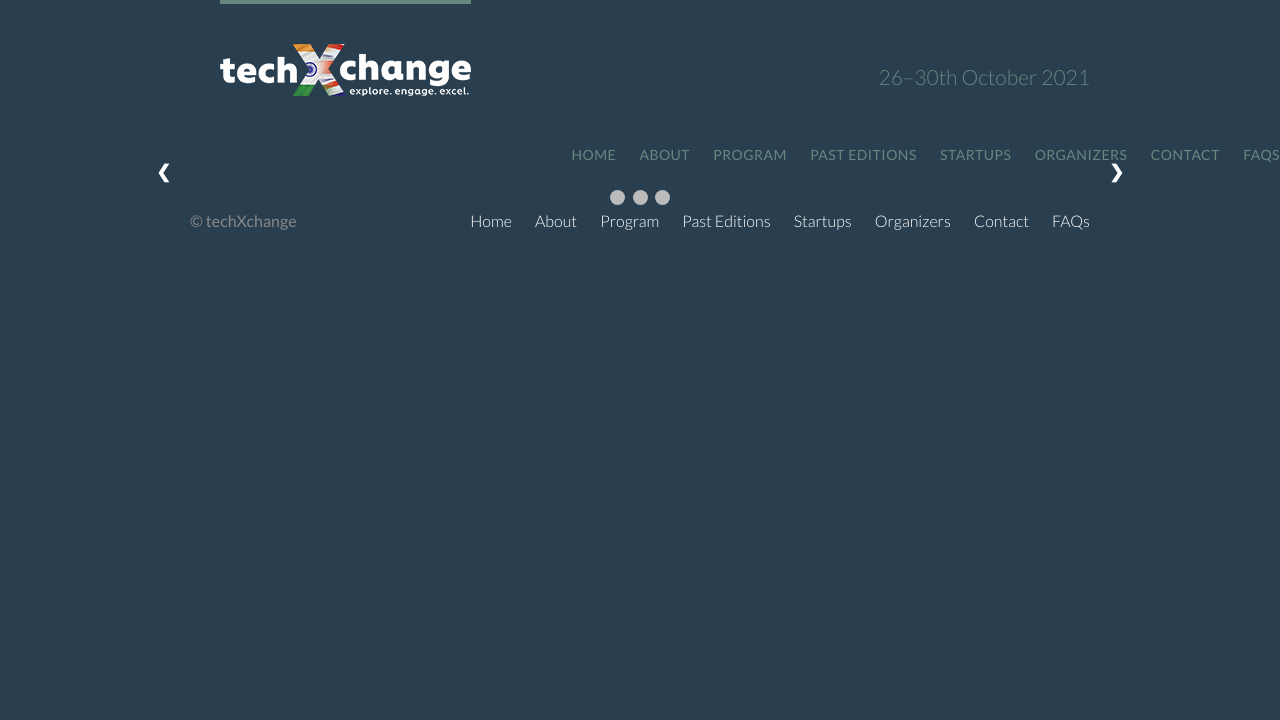
Repository: srush-shah/techXchange
Page: index.html
The author's editor kept a copy of each file at every save. The page is drawn from the files as they stood at one save, then again after a run of saves.
The browser window is 1280 px wide. The pictures show the whole page.

Above is the page before, as saved 2021-07-16 02:22:42.

### index.html
<!DOCTYPE html>
<html lang="en">
  <head>
    <meta charset="utf-8" />
    <title>techXchange: A bridge for growth</title>
    <link rel="stylesheet" type="text/css" href="assets/stylesheets/main.css" />
    <link rel="preconnect" href="https://fonts.gstatic.com" />
    <link
      href="https://fonts.googleapis.com/css2?family=Lato:ital,wght@0,100;0,300;0,400;1,100;1,300;1,400&display=swap"
      rel="stylesheet"
    />
  </head>
  <body>
    <header class="primary-header container group">
      <section class="container">
        <h1 class="logo">
          <a href="index.html">
            <img
              src="assets/images/techxchange-logo.png"
              alt="techXchange logo"
            />
          </a>
        </h1>
      </section>
      <h3 class="tagline">26&ndash;30th October 2021</h3>
      <section>
        <a
          class="instagram"
          href="https://www.instagram.com/techxchange2020/"
          title="Instagram"
          target="_blank"
          ><span><i class="fab fa-instagram"></i></span
        ></a>
        <a
          class="facebook"
          href="https://www.facebook.com/Techxchange2020/"
          title="Follow us on Facebook"
          target="_blank"
          ><span><i class="fab fa-facebook"></i></span
        ></a>
        <a
          class="twitter"
          href="https://twitter.com/techXchange2020"
          title="Twitter"
          target="_blank"
          ><span><i class="fab fa-twitter"></i></span
        ></a>
        <a
          class="linkedin"
          href="https://www.linkedin.com/company/techxchange2020/"
          title="LinkedIn"
          target="_blank"
          ><span><i class="fab fa-linkedin"></i></span
        ></a>
      </section>
    </header>
    <nav class="nav primary-nav">
      <ul>
        <li><a href="index.html">Home</a></li>
        <!--
            -->
        <li><a href="#about">About</a></li>
        <!--
            -->
        <li><a href="#program">Program</a></li>
        <!--
            -->
        <li><a href="#past_edits">Past Editions</a></li>
        <!--
            -->
        <li><a href="startups.html">Startups</a></li>
        <!--
            -->
        <li><a href="#organizers">Organizers</a></li>
        <!--
            -->
        <li><a href="#contact">Contact</a></li>
        <!--
            -->
        <li><a href="#faqs">FAQs</a></li>
        <!--
            -->
      </ul>
    </nav>
    <!-- Slideshow container -->
    <div class="slideshow-container">
      <!-- Full-width images with number and caption text -->
      <div class="mySlides fade">
        <div class="numbertext">1 / 3</div>
        <img src="assets/images/banner01.jpg" style="width: 100%" />
        <div class="text">Caption Text</div>
      </div>

      <div class="mySlides fade">
        <div class="numbertext">2 / 3</div>
        <img src="assets/images/banner02.jpg" style="width: 100%" />
        <div class="text">Caption Two</div>
      </div>

      <div class="mySlides fade">
        <div class="numbertext">3 / 3</div>
        <img src="assets/images/banner03.jpg" style="width: 100%" />
        <div class="text">Caption Three</div>
      </div>

      <!-- Next and previous buttons -->
      <a class="prev" onclick="plusSlides(-1)">&#10094;</a>
      <a class="next" onclick="plusSlides(1)">&#10095;</a>
    </div>
    <br />

    <!-- The dots/circles -->
    <div style="text-align: center">
      <span class="dot" onclick="currentSlide(1)"></span>
      <span class="dot" onclick="currentSlide(2)"></span>
      <span class="dot" onclick="currentSlide(3)"></span>
    </div>
    <footer class="primary-footer container group">
      <small>&copy; techXchange</small>
      <nav class="nav">
        <ul>
          <li><a href="index.html">Home</a></li>
          <!--
              -->
          <li><a href="#about">About</a></li>
          <!--
              -->
          <li><a href="#program">Program</a></li>
          <!--
              -->
          <li><a href="#past_edits">Past Editions</a></li>
          <!--
              -->
          <li><a href="startups.html">Startups</a></li>
          <!--
              -->
          <li><a href="#organizers">Organizers</a></li>
          <!--
              -->
          <li><a href="#contact">Contact</a></li>
          <!--
              -->
          <li><a href="#faqs">FAQs</a></li>
          <!--
              -->
        </ul>
      </nav>
    </footer>
  </body>
</html>

### assets/stylesheets/main.css
x/* http://meyerweb.com/eric/tools/css/reset/ 2. v2.0 | 20110126
  License: none (public domain)
*/

html, body, div, span, applet, object, iframe,
h1, h2, h3, h4, h5, h6, p, blockquote, pre,
a, abbr, acronym, address, big, cite, code,
del, dfn, em, img, ins, kbd, q, s, samp,
small, strike, strong, sub, sup, tt, var,
b, u, i, center,
dl, dt, dd, ol, ul, li,
fieldset, form, label, legend,
table, caption, tbody, tfoot, thead, tr, th, td,
article, aside, canvas, details, embed,
figure, figcaption, footer, header, hgroup,
menu, nav, output, ruby, section, summary,
time, mark, audio, video {
  margin: 0;
  padding: 0;
  border: 0;
  font-size: 100%;
  font: inherit;
  vertical-align: baseline;
}
/* HTML5 display-role reset for older browsers */
article,
aside,
details,
figcaption,
figure,
footer,
header,
hgroup,
menu,
nav,
section {
  display: block;
}
body {
  line-height: 1;
}
ol,
ul {
  list-style: none;
}
blockquote,
q {
  quotes: none;
}
blockquote:before,
blockquote:after,
q:before,
q:after {
  content: "";
  content: none;
}
table {
  border-collapse: collapse;
  border-spacing: 0;
}

/*
  ========================================
  Custom styles
  ========================================
*/

body {
  background: #293f50;
  color: #888;
  font: 300 16px/22px "Lato", "Open Sans", "Helvetica Neue", Helvetica, Arial,
    sans-serif;
}

/*
  ========================================
  Grid
  ========================================
*/

*,
*:before,
*:after {
  -webkit-box-sizing: border-box;
  -moz-box-sizing: border-box;
  box-sizing: border-box;
}

.container {
  margin: 0 auto;
  padding-left: 30px;
  padding-right: 30px;
  width: 960px;
}

.col-1-3 {
  width: 33.33%;
}

.col-2-3 {
  width: 66.66%;
}

.col-1-3,
.col-2-3 {
  display: inline-block;
  vertical-align: top;
}

.grid,
.col-1-3,
.col-2-3 {
  padding-left: 15px;
  padding-right: 15px;
}

.container,
.grid {
  margin: 0 auto;
  width: 960px;
}

.container {
  padding-left: 30px;
  padding-right: 30px;
}

/*
  ========================================
  Clearfix
  ========================================
*/

.group:before,
.group:after {
  content: " ";
  display: table;
}

.group:after {
  clear: both;
}

.group {
  clear: both;
  *zoom: 1;
}

/*
  ========================================
  Rows
  ========================================
*/

.row,
.row-alt {
  min-width: 960px;
}
.row {
  background: #fff;
  padding: 66px 0 44px 0;
}
.row-alt {
  background: #cbe2c1;
  background: -webkit-linear-gradient(to right, #a1d3b0, #f6f1d3);
  background: -moz-linear-gradient(to right, #a1d3b0, #f6f1d3);
  background: linear-gradient(to right, #a1d3b0, #f6f1d3);
  padding: 44px 0 22px 0;
}

/*
  ========================================
  Typography
  ========================================
*/

h1,
h3,
h4,
h5,
p {
  margin-bottom: 22px;
}

h1,
h2,
h3,
h4 {
  color: #648880;
}

h1 {
  font-size: 36px;
  line-height: 44px;
}

h2 {
  font-size: 24px;
  line-height: 44px;
}

h3 {
  font-size: 21px;
}

h4 {
  font-size: 18px;
}

h5 {
  color: #a9b2b9;
  font-size: 14px;
  font-weight: 400;
  text-transform: uppercase;
}

strong {
  font-weight: 400;
}

cite,
em {
  font-style: italic;
}

/*
  ========================================
  Leads
  ========================================
*/

.lead {
  text-align: center;
}
.lead p {
  font-size: 21px;
  line-height: 33px;
}

/*
  ========================================
  Buttons
  ========================================
*/

.btn {
  border-radius: 5px;
  color: #fff;
  cursor: pointer;
  display: inline-block;
  font-weight: 400;
  letter-spacing: 0.5px;
  margin: 0;
  text-transform: uppercase;
}
.btn-alt {
  border: 1px solid #fff;
  padding: 10px 30px;
}
.btn-alt:hover {
  background: #fff;
  color: #648880;
}
.btn-default {
  border: 0;
  background: #648880;
  padding: 11px 30px;
  font-size: 14px;
}
.btn-default:hover {
  background: #77a198;
}

/*
  ========================================
  Home
  ========================================
*/

.hero {
  color: #fff;
  line-height: 44px;
  padding: 22px 80px 66px 80px;
  text-align: center;
}

.hero h2 {
  font-size: 36px;
}

.hero p {
  font-size: 24px;
  font-weight: 100;
}

.teaser a:hover h3 {
  color: #a9b2b9;
}
.teaser img {
  border-radius: 5px;
  display: block;
  margin-bottom: 22px;
  max-width: 100%;
}

/*
  ========================================
  Primary header
  ========================================
*/

.logo {
  border-top: 4px solid #648880;
  float: left;
  font-size: 48px;
  font-weight: 100;
  letter-spacing: 0.5px;
  line-height: 44px;
  padding: 40px 0 22px 0;
  text-transform: uppercase;
}

.tagline {
  margin: 66px 0 22px 0;
  text-align: right;
}

.primary-nav {
  font-size: 14px;
  font-weight: 400;
  letter-spacing: 0.5px;
  text-transform: uppercase;
}

/*
  ========================================
  Primary footer
  ========================================
*/
\ .primary-footer {
  color: #648880;
  font-size: 14px;
  padding-bottom: 44px;
  padding-top: 44px;
}

.primary-footer small {
  float: left;
  font-weight: 400;
}

/*
  ========================================
  Links
  ========================================
*/

a:hover {
  color: #a9b2b9;
}

a {
  color: #648880;
  text-decoration: none;
}

p a {
  border-bottom: 1px solid #dfe2e5;
}

.primary-header a,
.primary-footer a {
  color: #fff;
}

.primary-header a:hover,
.primary-footer a:hover {
  color: #648880;
}

/*
  ========================================
  Navigation
  ========================================
*/

.nav {
  text-align: right;
}
.nav li {
  display: inline-block;
  margin: 0 10px;
  vertical-align: top;
}
.nav li:last-child {
  margin-right: 0;
}

/*
  ========================================
  Carousel
  ========================================
*/

* {
  box-sizing: border-box;
}

/* Slideshow container */
.slideshow-container {
  max-width: 1000px;
  position: relative;
  margin: auto;
}

/* Hide the images by default */
.mySlides {
  display: none;
}

/* Next & previous buttons */
.prev,
.next {
  cursor: pointer;
  position: absolute;
  top: 50%;
  width: auto;
  margin-top: -22px;
  padding: 16px;
  color: white;
  font-weight: bold;
  font-size: 18px;
  transition: 0.6s ease;
  border-radius: 0 3px 3px 0;
  user-select: none;
}

/* Position the "next button" to the right */
.next {
  right: 0;
  border-radius: 3px 0 0 3px;
}

/* On hover, add a black background color with a little bit see-through */
.prev:hover,
.next:hover {
  background-color: rgba(0, 0, 0, 0.8);
}

/* Caption text */
.text {
  color: #f2f2f2;
  font-size: 15px;
  padding: 8px 12px;
  position: absolute;
  bottom: 8px;
  width: 100%;
  text-align: center;
}

/* Number text (1/3 etc) */
.numbertext {
  color: #f2f2f2;
  font-size: 12px;
  padding: 8px 12px;
  position: absolute;
  top: 0;
}

/* The dots/bullets/indicators */
.dot {
  cursor: pointer;
  height: 15px;
  width: 15px;
  margin: 0 2px;
  background-color: #bbb;
  border-radius: 50%;
  display: inline-block;
  transition: background-color 0.6s ease;
}

.active,
.dot:hover {
  background-color: #717171;
}

/* Fading animation */
.fade {
  -webkit-animation-name: fade;
  -webkit-animation-duration: 1.5s;
  animation-name: fade;
  animation-duration: 1.5s;
}

@-webkit-keyframes fade {
  from {
    opacity: 0.4;
  }
  to {
    opacity: 1;
  }
}

@keyframes fade {
  from {
    opacity: 0.4;
  }
  to {
    opacity: 1;
  }
}

### assets/js/carousel.js
var slideIndex = 0;
showSlides();

function showSlides() {
  var i;
  var slides = document.getElementsByClassName("mySlides");
  for (i = 0; i < slides.length; i++) {
    slides[i].style.display = "none";
  }
  slideIndex++;
  if (slideIndex > slides.length) {
    slideIndex = 1;
  }
  slides[slideIndex - 1].style.display = "block";
  setTimeout(showSlides, 2000); // Change image every 2 seconds
}

After the next 2 saves:
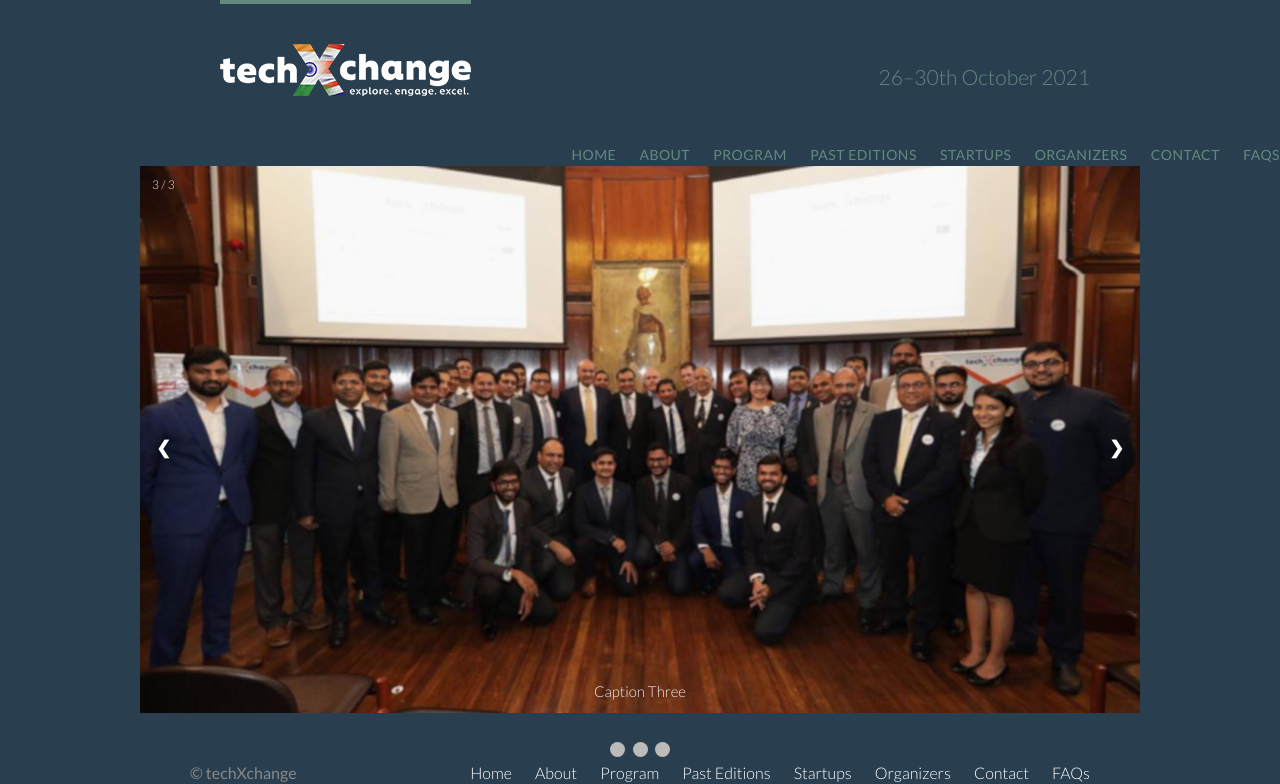
The 2 saves are shown as one change because they came seconds apart.
The last was saved 7 s later.
--- a/index.html
+++ b/index.html
@@ -146,5 +146,6 @@
         </ul>
       </nav>
     </footer>
+    <script src="assets/js/carousel.js"></script>
   </body>
 </html>
